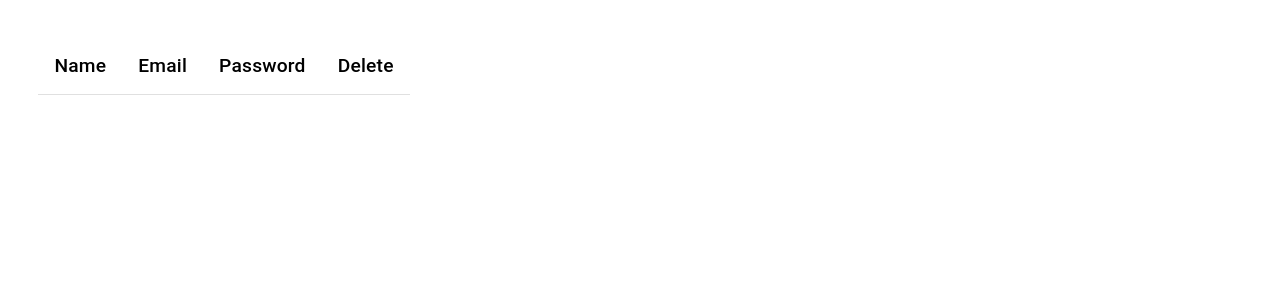
Repository: lalji-yadav/Register-Login-and-CRUD-using-token-and-Without-token-based
Page: /table
The author's editor kept a copy of each file at every save. The page is drawn from the files as they stood at one save, then again after the next save.
The browser window is 1280 px wide. The pictures show the whole page.
The page's requests for data from a server got no answer. The project was rebuilt for these pictures with package versions that can differ from the ones it lists, and the page was loaded fresh each time. No one was signed in, and anything a server would have sent is missing. Also part of the build but not shown: src/App.css, src/auth/login.js, src/auth/register.js, src/components/reg.js.

Above is the page before, as saved 2021-02-03 11:53:15.

### src/App.js
import './App.css';
import Login from "./auth/login";
import Register from "./auth/register";
import Reg from "./components/reg";
import Table from "./components/table";
import {
  BrowserRouter as Router,
  Switch,
  Route
} from "react-router-dom";

function App() {
  return (
    <div>
      <Router>
        <Switch>
           <Route exact path="/" component={Register} />
           <Route exact path="/login" component={Login} />
           <Route exact path="/reg" component={Reg} />
           <Route exact path="/table" component={Table} />
        </Switch>
      </Router>
       {/* <Register /> */}
       {/* <Login /> */}
       {/* <Reg /> */}
    </div>
  );
}

export default App;

### src/components/table.js
import React,{useState, useEffect} from 'react';
import { Table,TableHead,TableRow,TableCell,TableBody,Button } from "@material-ui/core";
import axios from "axios";


const Tables = () => {
    const [data, setData] = useState([]);

    useEffect(() => {
        axios.get('http://localhost:3000/user').then((res) => {
             console.log(res)
            setData(res.data);
           // console.log(res.data);
        }).catch((error) => {
            console.log(error);
        });
    }, []);

    return (
        <div style={{padding:'3%'}}>
             <Table aria-label="simple table">
                    <div className="scroll-tab">

                    <TableHead>
                        <TableRow>
                            <TableCell style={{ fontSize: "1.5vw", color: "black" }}
                             align="center">Name</TableCell>
                            <TableCell style={{ fontSize: "1.5vw", color: "black" }}
                            align="center">Email</TableCell>
                            <TableCell style={{ fontSize: "1.5vw", color: "black" }}
                            align="center">Password</TableCell>
                            <TableCell style={{ fontSize: "1.5vw", color: "black" }}
                            align="center">Delete</TableCell>
                        </TableRow>
                    </TableHead>

                    <TableBody>
                        {data.map((item, row) => (
                            <TableRow key={row.id}>
                                <TableCell style={{ fontSize: "1.3vw" }} align='center'>
                                    {item.name}
                                </TableCell>

                                <TableCell style={{ fontSize: "1.3vw" }} align="center">{item.email}
                                </TableCell>

                                <TableCell style={{ fontSize: "1.3vw" }} align="center">{item.mobile}
                                </TableCell>

                                {/* <TableCell style={{ fontSize: "1.3vw" }} align="center">
                                    {item.completed ? "True" : "False"}
                                </TableCell> */}

                                <TableCell style={{ fontSize: "1.3vw" }} align="center">
                                    <Button style={{ fontSize: "1vw" }}
                                    variant="contained"
                                     color="secondary">Delete</Button>
                                </TableCell>

                                <TableCell style={{ fontSize: "1.3vw" }} align="center">
                                    <Button style={{ fontSize: "1vw" }}
                                    variant="contained"
                                     color="primary">Update</Button>
                                </TableCell>
                            </TableRow>
                        ))}
                    </TableBody>

                    </div>
                </Table>
        </div>
    );
};

export default Tables;

Loaded but not shown: public/index.html (common file); src/index.js (common file); src/index.css (common file); src/reportWebVitals.js (common file)

After the next save:
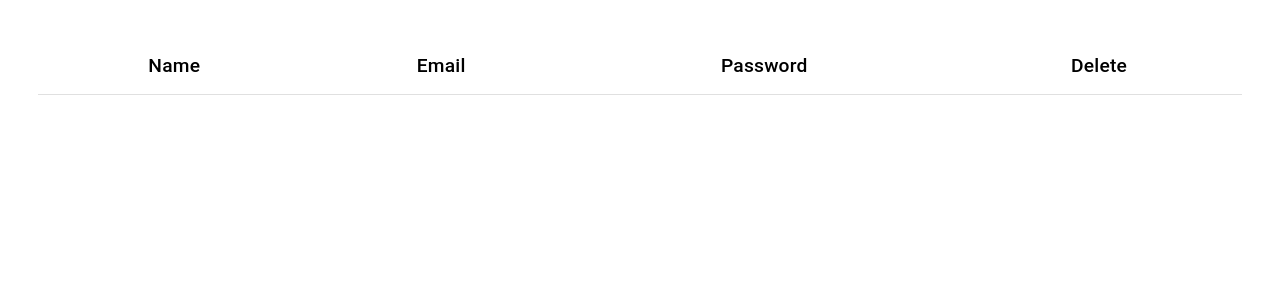
Saved 2 min 40 s later.
--- a/src/components/table.js
+++ b/src/components/table.js
@@ -19,7 +19,7 @@ const Tables = () => {
     return (
         <div style={{padding:'3%'}}>
              <Table aria-label="simple table">
-                    <div className="scroll-tab">
+                    {/* <div className="scroll-tab"> */}
 
                     <TableHead>
                         <TableRow>
@@ -66,7 +66,7 @@ const Tables = () => {
                         ))}
                     </TableBody>
 
-                    </div>
+                    {/* </div> */}
                 </Table>
         </div>
     );
